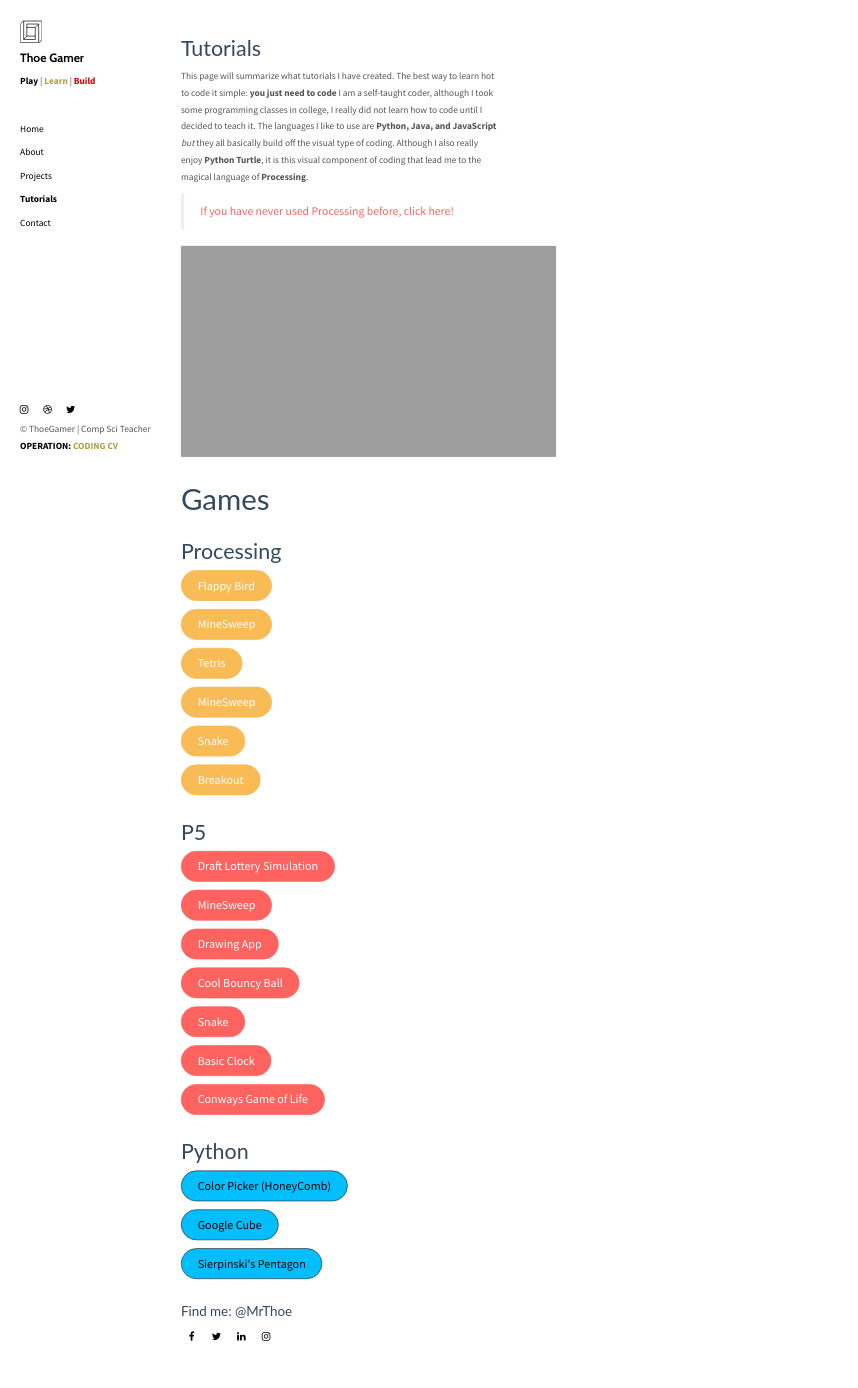
Repository: GamerThoe/GamerThoe.github.io
Page: components.html
The author's editor kept a record of every edit. The page is drawn from the files as they stood at one moment, then again after the next edit.
The browser window is 1280 px wide. The pictures show the whole page, at 67% of full size.
Pictures or frames that could not be fetched are drawn as grey boxes.

Above is the page before.

### components.html
<!DOCTYPE html>
<html lang="en">

<head>
  <meta charset="UTF-8">
  <meta content="IE=edge" http-equiv="X-UA-Compatible">
  <meta content="width=device-width,initial-scale=1" name="viewport">
  <meta content="description" name="description">
  <meta name="google" content="notranslate" />
  <meta content="Mashup templates have been developped by Orson.io team" name="author">

  <!-- Disable tap highlight on IE -->
  <meta name="msapplication-tap-highlight" content="no">

  <link href="./assets/apple-icon-180x180.png" rel="apple-touch-icon">
  <link href="./assets/favicon.ico" rel="icon">



  <title>Title page</title>

<link href="./main.82cfd66e.css" rel="stylesheet"></head>

<body>

 <!-- Add your content of header -->
<header class="">
  <div class="navbar navbar-default visible-xs">
    <button type="button" class="navbar-toggle collapsed">
      <span class="sr-only">Toggle navigation</span>
      <span class="icon-bar"></span>
      <span class="icon-bar"></span>
      <span class="icon-bar"></span>
    </button>
    <a href="./index.html" class="navbar-brand">Thoe Gamer ; )</a>
  </div>

  <nav class="sidebar">
    <div class="navbar-collapse" id="navbar-collapse">
      <div class="site-header hidden-xs">
          <a class="site-brand" href="./index.html" title="">
            <img class="img-responsive site-logo" alt="" src="./assets/images/mashup-logo.svg">
            Thoe Gamer
          </a>
        <p><span class="black">Play </span> | <span class="gold">Learn </span>| <span class="highlight">Build</span></p>
      </div>
      <ul class="nav">
        <li><a href="./index.html" title="">Home</a></li>
        <li><a href="./about.html" title="">About</a></li>
        <li><a href="./services.html" title="">Projects</a></li>
        <li class="black"><a href="./components.html" title="">Tutorials</a></li>
        <li><a href="./contact.html" title="">Contact</a></li>


      </ul>

      <nav class="nav-footer">
        <p class="nav-footer-social-buttons">
          <a class="fa-icon" href="https://www.instagram.com/" title="">
            <i class="fa fa-instagram"></i>
          </a>
          <a class="fa-icon" href="https://dribbble.com/" title="">
            <i class="fa fa-dribbble"></i>
          </a>
          <a class="fa-icon" href="https://twitter.com/" title="">
            <i class="fa fa-twitter"></i>
          </a>
        </p>
        <p>© ThoeGamer | Comp Sci Teacher <a href="https://mrthoe.github.io"><span class="black">OPERATION: <span class="gold">CODING CV</span></span></a></p>
      </nav>
    </div>
  </nav>
</header>
<main class="" id="main-collapse">


<!-- Add your site or app content here -->

    <div class="row">
      <div class="col-xs-12 col-md-6">

        <div class="template-example">
          <h2 class="template-title-example">Tutorials</h2>
          <p>This page will summarize what tutorials I have created.  The best way to learn hot to code it simple: <b>you just need to code</b>  I am a self-taught coder, although I took some programming classes in college, I really
          did not learn how to code until I decided to teach it.  The languages I like to use are <b>Python, Java, and JavaScript</b> <i>but</i> they all basically build off the visual type of coding.  Although I also really enjoy <b>Python Turtle</b>,
          it is this visual component of coding that lead me to the magical language of <b>Processing</b>.

          <blockquote>
            <p><a href="https://processing.org/">If you have never used Processing before, click here!</a></p>
          </blockquote>
<iframe width="560" height="315" src="https://www.youtube.com/embed/MkR-H95EZoY" frameborder="0" allow="accelerometer; autoplay; encrypted-media; gyroscope; picture-in-picture" allowfullscreen></iframe>
          </p>
        </div>

        <div class="template-example">
          <h1 class="template-title-example">Games</h1>
          <div class="row">
            <div class="col-md-6">
              <h2 class="template-title-example">Processing</h2>
              <div class="row">
                  <div class="col-md-6">
                  <p><a href="" class="btn btn-info btn-lg">Flappy Bird</a></p>
                  <p><a href="" class="btn btn-info btn-lg">MineSweep</a></p>
                  <p><a href="" class="btn btn-info btn-lg">Tetris</a></p>
                  <p><a href="" class="btn btn-info btn-lg">MineSweep</a></p>
                  <p><a href="" class="btn btn-info btn-lg">Snake</a></p>
                  <p><a href="" class="btn btn-info btn-lg">Breakout</a></p>
                </div>
              </div>
              <h2 class="template-title-example">P5</h2>
              <div class="row">
                  <div class="col-md-6">
                  <p><a href="" class="btn btn-primary btn-lg">Draft Lottery Simulation</a></p>
                  <p><a href="" class="btn btn-primary btn-lg">MineSweep</a></p>
                  <p><a href="" class="btn btn-primary btn-lg">Drawing App</a></p>
                  <p><a href="" class="btn btn-primary btn-lg">Cool Bouncy Ball</a></p>
                  <p><a href="snakeP5.html" class="btn btn-primary btn-lg">Snake</a></p>
                  <p><a href="clock.html" class="btn btn-primary btn-lg">Basic Clock</a></p>
                  <p><a href="conways.html" class="btn btn-primary btn-lg">Conways Game of Life</a></p>
                </div>
              </div>
              <h2 class="template-title-example">Python</h2>
              <div class="row">
                  <div class="col-md-6">
                  <p><a href="/colorPickerHoneyComb.py" class="btn btn-default btn-lg" style="background-color:#000}">Color Picker (HoneyComb)</a></p>
                  <p><a href="/googleCube.py" class="btn btn-default btn-lg">Google Cube</a></p>
                  <p><a href="/siepinski.py" class="btn btn-default btn-lg">Sierpinski's Pentagon</a></p>
                </div>
              </div>



          </div>

        </div>


          <div class="row">

            <div class="col-md-6">
               <h3 class="template-title-example">Find me:  @MrThoe</h2>
                <ul class="list-icons">
                  <li>
                    <span class="fa-icon">
                      <i class="fa fa-facebook"></i>
                    </span>
                  </li>
                  <li>
                    <span class="fa-icon">
                      <i class="fa fa-twitter"></i>
                    </span>
                  </li>
                  <li>
                    <span class="fa-icon">
                      <i class="fa fa-linkedin"></i>
                    </span>
                  </li>
                  <li>
                    <span class="fa-icon">
                      <i class="fa fa-instagram"></i>
                    </span>
                  </li>
                </ul>
            </div>

          </div>





        </div>


        </div>




      </div>
    </div>


</main>

<script>
document.addEventListener("DOMContentLoaded", function (event) {
  navbarToggleSidebar();
  navActivePage();
});
</script>

<!-- Google Analytics: change UA-XXXXX-X to be your site's ID

<script>
  (function (i, s, o, g, r, a, m) {
    i['GoogleAnalyticsObject'] = r; i[r] = i[r] || function () {
      (i[r].q = i[r].q || []).push(arguments)
    }, i[r].l = 1 * new Date(); a = s.createElement(o),
      m = s.getElementsByTagName(o)[0]; a.async = 1; a.src = g; m.parentNode.insertBefore(a, m)
  })(window, document, 'script', '//www.google-analytics.com/analytics.js', 'ga');
  ga('create', 'UA-XXXXX-X', 'auto');
  ga('send', 'pageview');
</script>

--> <script type="text/javascript" src="./main.85741bff.js"></script></body>

</html>

Loaded but not shown: main.82cfd66e.css (library); main.85741bff.js (library)

After the next edit:
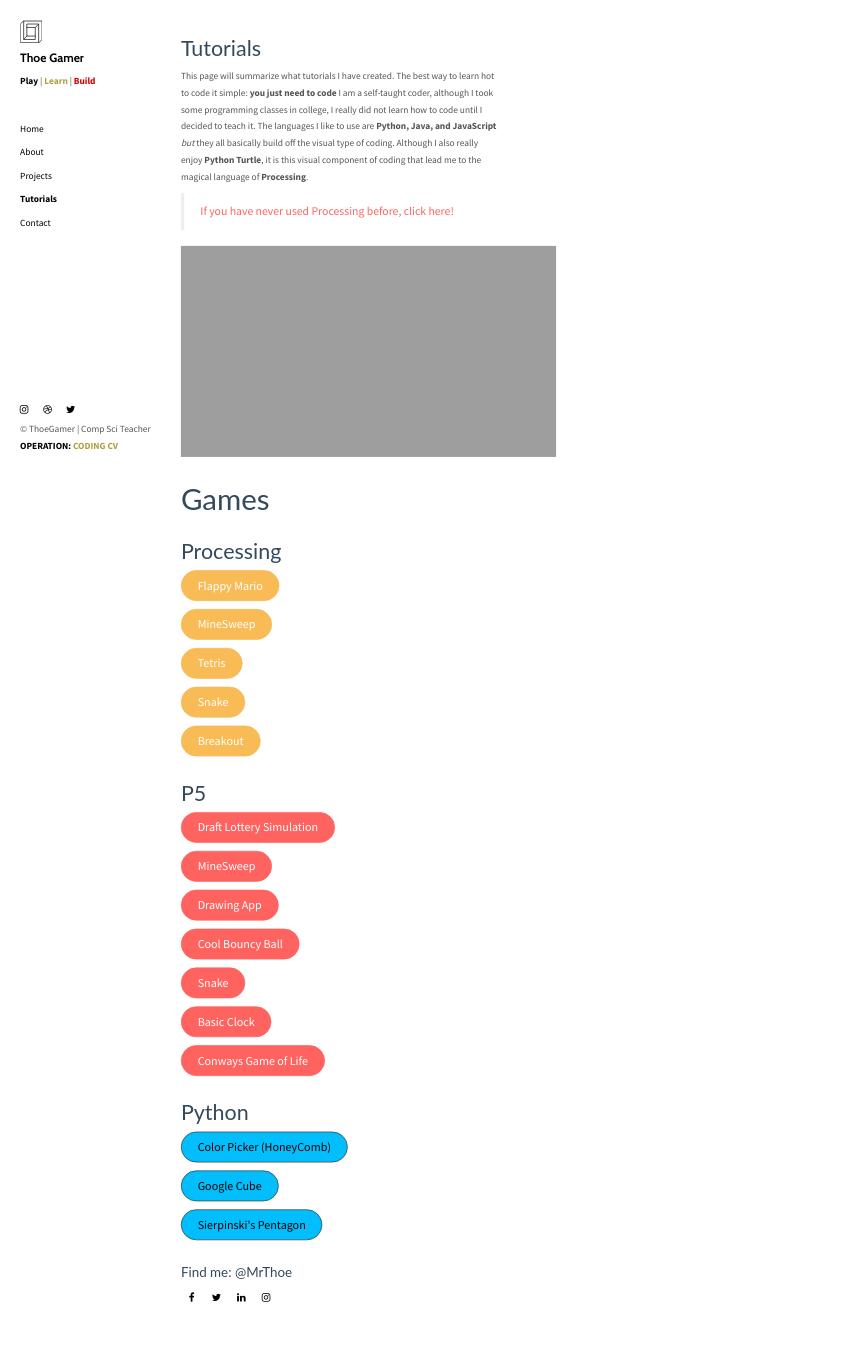
The edit:
--- a/components.html
+++ b/components.html
@@ -99,12 +99,11 @@
               <h2 class="template-title-example">Processing</h2>
               <div class="row">
                   <div class="col-md-6">
-                  <p><a href="" class="btn btn-info btn-lg">Flappy Bird</a></p>
-                  <p><a href="" class="btn btn-info btn-lg">MineSweep</a></p>
-                  <p><a href="" class="btn btn-info btn-lg">Tetris</a></p>
-                  <p><a href="" class="btn btn-info btn-lg">MineSweep</a></p>
-                  <p><a href="" class="btn btn-info btn-lg">Snake</a></p>
-                  <p><a href="" class="btn btn-info btn-lg">Breakout</a></p>
+                  <p><a href="https://mrthoe.github.io/flappyMario.html" class="btn btn-info btn-lg">Flappy Mario</a></p>
+                  <p><a href="https://github.com/MrThoe/mySweeper" class="btn btn-info btn-lg">MineSweep</a></p>
+                  <p><a href="https://github.com/MrThoe/Tetris_YouTube_tutorial" class="btn btn-info btn-lg">Tetris</a></p>
+                  <p><a href="snake.html" class="btn btn-info btn-lg">Snake</a></p>
+                  <p><a href="https://github.com/MrThoe/breakout" class="btn btn-info btn-lg">Breakout</a></p>
                 </div>
               </div>
               <h2 class="template-title-example">P5</h2>
